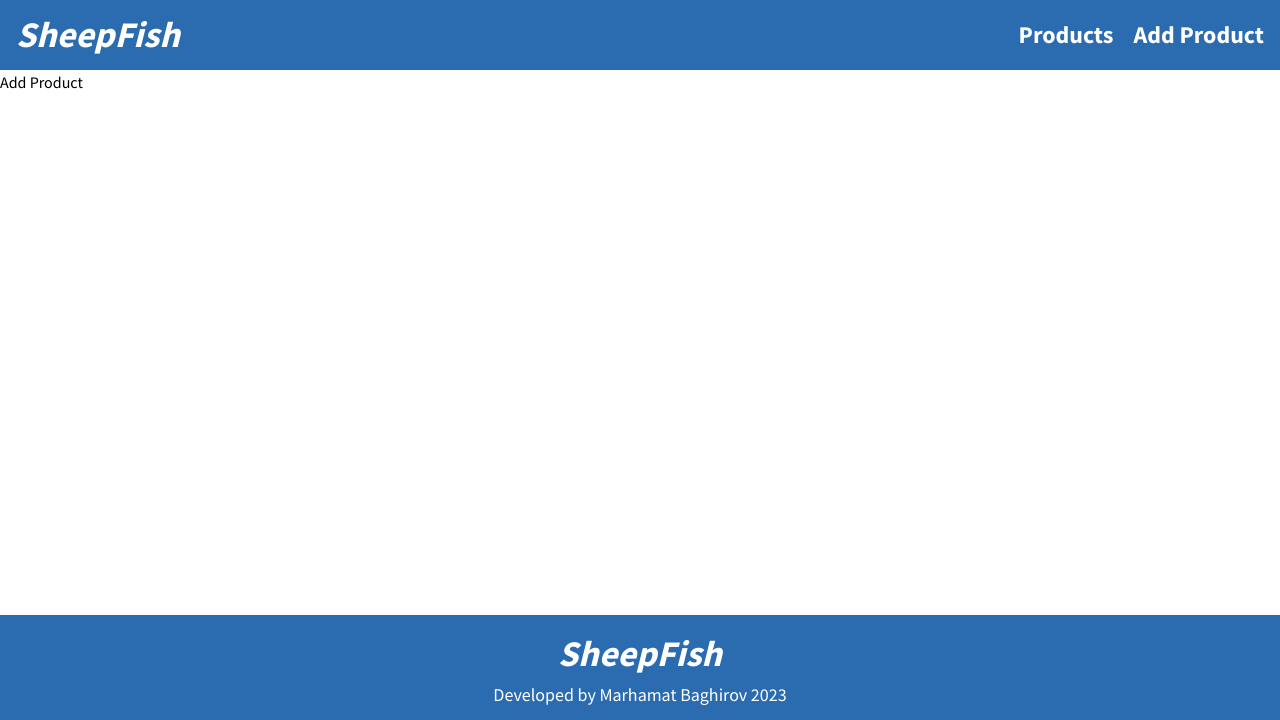
Repository: Marhamat92/sheep-fish-task
Page: /products/add
The author's editor kept a copy of each file at every save. The page is drawn from the files as they stood at one save, then again after the next save.
The browser window is 1280 px wide. The pictures show the whole page.
The project was rebuilt for these pictures with package versions that can differ from the ones it lists, and the page was loaded fresh each time. Also part of the build but not shown: src/App.css, src/components/SearchField.tsx, src/components/ListTable.tsx, src/pages/Products/ProductList.tsx.

Above is the page before, as saved 2023-03-28 19:37:40.

After the next save:
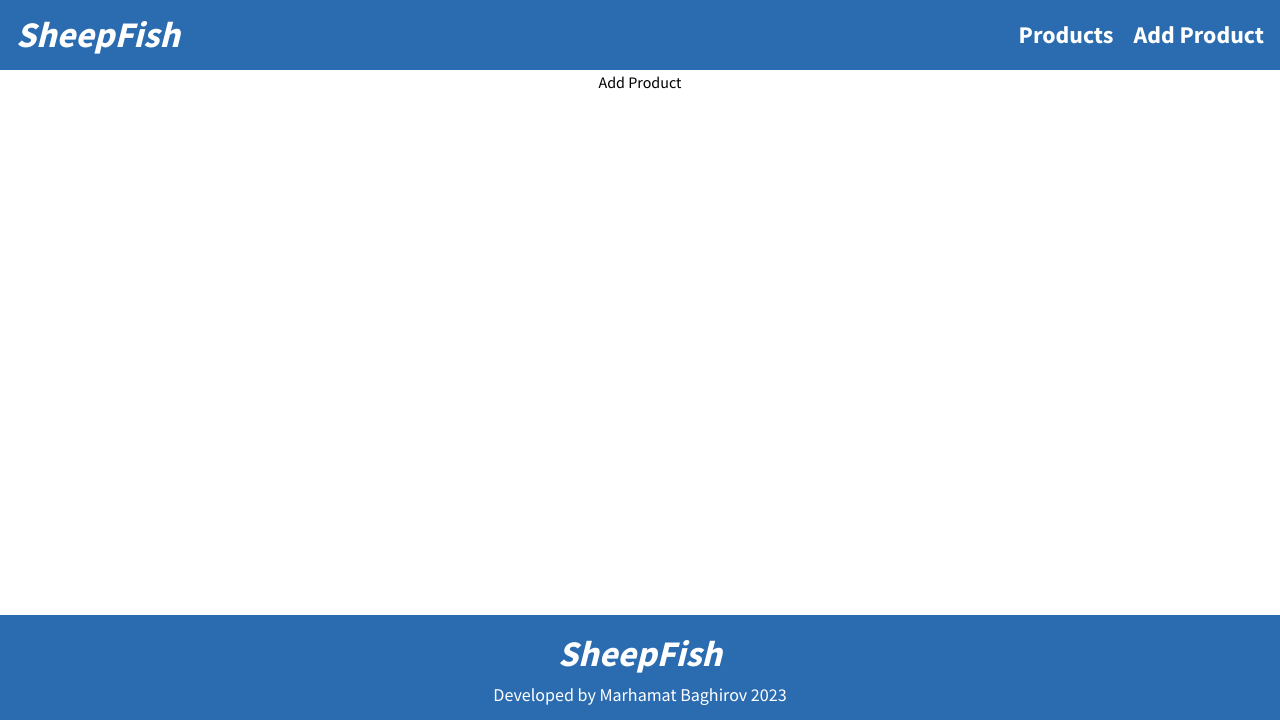
Saved 10 s later.
--- a/src/pages/Products/AddProduct.tsx
+++ b/src/pages/Products/AddProduct.tsx
@@ -5,8 +5,9 @@
 const AddProduct = (props: Props) => {
   return (
     <div>
-      <div className='flex items-center justify-center'></div>
-      <h1>Add Product</h1>
+      <div className='flex items-center justify-center'>
+        <h1>Add Product</h1>
+      </div>
     </div>
   );
 };
